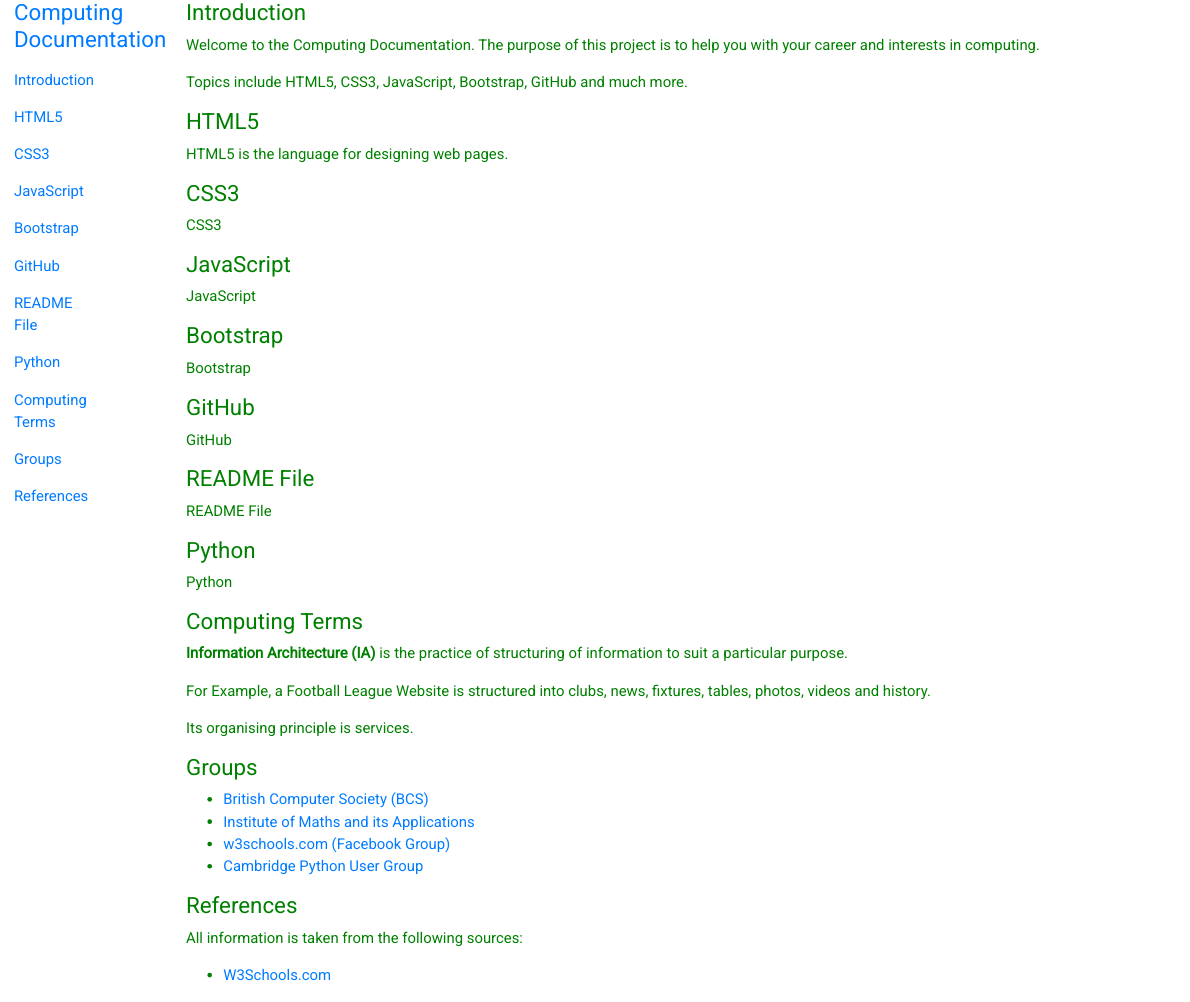
Repository: derektypist/technical-documentation-page
Page: index.html
The author's editor kept a record of every edit. The page is drawn from the files as they stood at one moment, then again after the next edit.
The browser window is 1280 px wide. The pictures show the whole page, at 93% of full size.

Above is the page before.

### index.html
<!DOCTYPE html>
<html lang="en">

<head>
  <meta charset="UTF-8">
  <meta name="viewport" content="width=device-width, initial-scale=1.0">
  <meta http-equiv="X-UA-Compatible" content="ie=edge">
  <title>Technical Documentation Page</title>
  <!-- Load Style Sheets -->
  <link rel="stylesheet" href="https://maxcdn.bootstrapcdn.com/bootstrap/4.4.1/css/bootstrap.min.css" integrity="sha384-Vkoo8x4CGsO3+Hhxv8T/Q5PaXtkKtu6ug5TOeNV6gBiFeWPGFN9MuhOf23Q9Ifjh" crossorigin="anonymous">
  <link href="https://fonts.googleapis.com/css?family=Roboto|Roboto+Mono&display=swap" rel="stylesheet">
  <style>
    /* Navigation */

    #navbar {
      font-family: "Roboto", Arial, Verdana, sans-serif;
      margin-left: 15px;
      width: 5vmax;
      position: fixed;
    }

    /* Main Content */

    #main-doc {
      font-family: "Roboto", Arial, Verdana, sans-serif;
      padding-left: 200px;
    }

    /* Main Section */

    .main-section {
      color: green;
    }
  </style>
</head>

<body>
  <!-- Set Up Navigation -->
  <nav class="navbar-nav" id="navbar">
    <header>
      <h4><a href="index.html" title="Return to Home Page">Computing Documentation</a></h4>
    </header>


    <!-- Set Up List Items Vertically -->
    <ul class="navbar-nav">
      <li class="nav-item">
        <a class="nav-link" href="#Introduction">Introduction</a>
      </li>
      <li class="nav-item">
        <a class="nav-link" href="#HTML5">HTML5</a>
      </li>
      <li class="nav-item">
        <a class="nav-link" href="#CSS3">CSS3</a>
      </li>
      <li class="nav-item">
        <a class="nav-link" href="#JavaScript">JavaScript</a>
      </li>
      <li class="nav-item">
        <a class="nav-link" href="#Bootstrap">Bootstrap</a>
      </li>
      <li class="nav-item">
        <a class="nav-link" href="#GitHub">GitHub</a>
      </li>
      <li class="nav-item">
        <a class="nav-link" href="#README_File">README File</a>
      </li>
      <li class="nav-item">
        <a class="nav-link" href="#Python">Python</a>
      </li>
      <li>
        <a class="nav-link" href="#Computing_Terms">Computing Terms</a>
      </li>
      <li>
        <a class="nav-link" href="#Groups">Groups</a>
      </li>
      <li>
        <a class="nav-link" href="#References">References</a>
      </li>
  </nav>

  <!-- Set Up Main Content -->
  <main id="main-doc">

    <!-- Provide Section for Introduction -->
    <section class="main-section" id="Introduction">
      <header>
        <h4>Introduction</h4>
      </header>
      <article>
        <p>Welcome to the Computing Documentation. The purpose of this project is to help you with your career and interests in computing.</p>
        <p>Topics include HTML5, CSS3, JavaScript, Bootstrap, GitHub and much more.</p>
      </article>
    </section>

    <!-- Provide Section for HTML5 -->
    <section class="main-section" id="HTML5">
      <header>
        <h4>HTML5</h4>
      </header>
      <article>
        <p>HTML5 is the language for designing web pages.</p>
      </article>
    </section>

    <!-- Provide Section for CSS3 -->
    <section class="main-section" id="CSS3">
      <header>
        <h4>CSS3</h4>
      </header>
      <article>
        <p>CSS3</p>
      </article>
    </section>

    <!-- Provide Section for JavaScript -->
    <section class="main-section" id="JavaScript">
      <header>
        <h4>JavaScript</h4>
      </header>
      <article>
        <p>JavaScript</p>
      </article>
    </section>

    <!-- Provide Section for Bootstrap -->
    <section class="main-section" id="Bootstrap">
      <header>
        <h4>Bootstrap</h4>
      </header>
      <article>
        <p>Bootstrap</p>
      </article>
    </section>


    <!-- Provide Section for GitHub -->
    <section class="main-section" id="GitHub">
      <header>
        <h4>GitHub</h4>
      </header>
      <article>
        <p>GitHub</p>
      </article>
    </section>

    <!-- Provide Section for README File -->
    <section class="main-section" id="README_File">
      <header>
        <h4>README File</h4>
      </header>
      <article>
        <p>README File</p>
      </article>
    </section>

    <!-- Provide Section for Python -->
    <section class="main-section" id="Python">
      <header>
        <h4>Python</h4>
      </header>
      <article>
        <p>Python</p>
      </article>
    </section>

    <!-- Provide Section for Computing Terms -->
    <section class="main-section" id="Computing_Terms">
      <header>
        <h4>Computing Terms</h4>
      </header>
      <article>
        <p><b>Information Architecture (IA)</b> is the practice of structuring of information to suit a particular purpose.</p>
        <p>For Example, a Football League Website is structured into clubs, news, fixtures, tables, photos, videos and history.</p>
        <p>Its organising principle is services.</p>
      </article>
    </section>

    <!-- Provide Section for Groups -->
    <section class="main-section" id="Groups">
      <header>
        <h4>Groups</h4>
      </header>
      <article>
        <ul>
          <li><a href="https://www.bcs.org" target="_blank" title="British Computer Society">British Computer Society (BCS)</a></li>
          <li><a href="https://www.ima.org.uk" target="_blank" title="Institute of Maths and its Applications">Institute of Maths and its Applications</a></li>
          <li><a href="https://www.facebook.com/groups/w3schoolscom" target="_blank" title="w3schools.com Facebook Group">w3schools.com (Facebook Group)</a></li>
          <li><a href="https://www.meetup.com/CamPUG" target="_blank" title="Cambridge Python User Group">Cambridge Python User Group</a></li>
        </ul>
      </article>
    </section>
    <!-- Provide Section for References -->
    <section class="main-section" id="References">
      <header>
        <h4>References</h4>
      </header>
      <article>
        <p>All information is taken from the following sources:</p>
        <ul>
          <li><a href="https://www.w3schools.com" target="_blank" title="W3Schools.com">W3Schools.com</a></li>
        </ul>
      </article>
    </section>
  </main>
</body>

</html>

After the next edit:
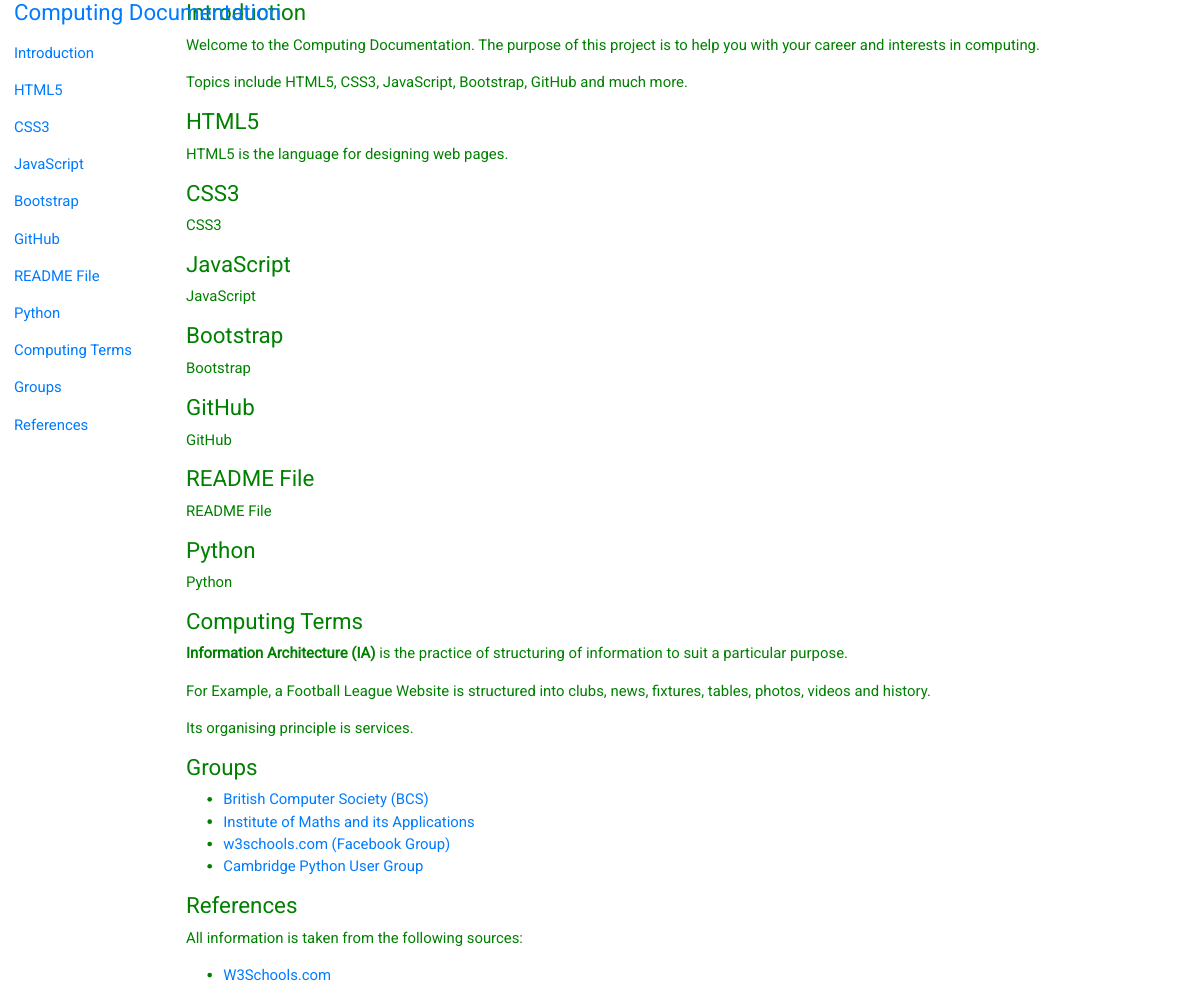
The edit:
--- a/index.html
+++ b/index.html
@@ -15,7 +15,7 @@
     #navbar {
       font-family: "Roboto", Arial, Verdana, sans-serif;
       margin-left: 15px;
-      width: 5vmax;
+      width: 25vmax;
       position: fixed;
     }
 
